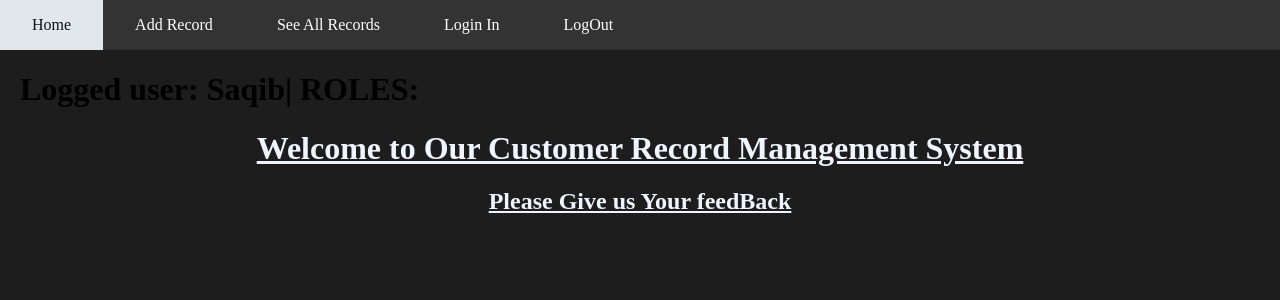
Repository: MUHAMMAD-SAQIB-2000/SpringBoot
Page: WebServiceRecordManagementSystem/src/main/webapp/home.html
An editor plug-in stored every save of this project. The page is shown before and after the next save, followed by the edit.
The browser window is 1280 px wide. The pictures show the whole page.

Above is the page before, as saved 2020-08-16 06:37:24.

### WebServiceRecordManagementSystem/src/main/webapp/home.html
<!DOCTYPE html>
<html xmlns:th="hhtp://www.thymeleaf.org"
	xmlns:sec="http://www.thymeleaf.org/thymeleaf-extras-springsecurity3">
<head>
<meta charset="ISO-8859-1">
<title>Record Management System</title>
<link rel="stylesheet" href="style.css">
</head>
<body>

	<div>
		<ul>
			<li><a class="active"
				onclick="window.location.href = '/home'">Home</a></li>
			<li><a
				onclick="window.location.href = '/addCustomerForm'">Add
					Record</a></li>
			<li><a
				onclick="window.location.href = '/displayAllCustomers'">See
					All Records</a></li>
			<li th:framgment="logout" sec:autorize="isAuthenticated()"><a
				onclick="window.location.href = '/login'">Login
					In</a></li>
			<li><a
				onclick="window.location.href = '/logout-success'">LogOut</a></li>
		</ul>
	</div>

	<div class="mainBody">
		<div sec:autorize="isAuthenticated()">
			<h1>Logged user: <span sec:authentication="name">Saqib</span>|
			ROLES:<span sec:authentication="principal.authoroties"></span>
			</h1>

		</div>

		<h1 class="h">Welcome to Our Customer Record Management System</h1>
		<!--
		<h2>OOP CS-103 FINAL PROJECT</h2>
		<h2><b>Submitted to:</b> Dr.Nouman Riaz </h2>
		<br><br>
		<h3>Submitted By </h3>
		<h4>Roll Numbers &nbsp;&nbsp;&nbsp;&nbsp;&nbsp;&nbsp;&nbsp; Names</h4>
		<h5>19011519-027 &nbsp;&nbsp;&nbsp;&nbsp;&nbsp;&nbsp;&nbsp; Muhammad Saqib</h5>
		<h5>19011519-015 &nbsp;&nbsp;&nbsp;&nbsp;&nbsp;&nbsp;&nbsp; Zunair Ahmad</h5>
		<h5>19011519-024 &nbsp;&nbsp;&nbsp;&nbsp;&nbsp;&nbsp;&nbsp; Sidra Naseem</h5>
		<h5>19011519-037 &nbsp;&nbsp;&nbsp;&nbsp;&nbsp;&nbsp;&nbsp; Arooj Saghar</h5>
		<h5>19011519-131 &nbsp;&nbsp;&nbsp;&nbsp;&nbsp;&nbsp;&nbsp; Syeda Umme Pakiza Imran</h5>
		<h5>18321519-010 &nbsp;&nbsp;&nbsp;&nbsp;&nbsp;&nbsp;&nbsp; Afia Habib</h5>
		<h5><b> Section</b> CS-II-19-A</h5>

		-->
		<h2 class="h">Please Give us Your feedBack</h2>
	</div>
</body>
</html>

### WebServiceRecordManagementSystem/src/main/webapp/style.css
@charset "ISO-8859-1";

body {
	margin: 0px;
	padding: 0px;
	background-color:#1d1d1d;
}

ul {
	list-style-type: none;
	margin: 0;
	padding: 0;
	overflow: hidden;
	background-color: #333;
	position: fixed;
	top: 0;
	width: 100%;
}

li {
	float: left;
}

li a {
	display: block;
	color: white;
	text-align: center;
	padding: 16px 32px;
	text-decoration: none;
	font-size:16px;
}

li a:hover {
	background-color: #E1E8ED;
	color:#111;
}

.active {
	background-color:#008CBA;
	color:#fff;
	transition-duration: 0.4s;
	cursor: pointer;
}
.mainBody{
	padding: 20px 20px;
	margin-top:30px;
}

.h {
	color: #eff4ff;
	text-align: center;
	text-decoration: underline;
}
h2,h3,h4,h5{
	color: #E1E8ED;
}
table, th, td {
	background-color: #E1E8ED;
	color: #111;
	text-align: center;
	border: 2px solid #008CBA;
	margin: 10px;
	padding: 5px;
}

th:hover, td:hover {
	border: 2px solid #111;
	background-color: #008CBA;
	color: white;
	transition-duration: 0.4s;
	cursor: pointer;
}

.tableCSS {
	background-color: #E1E8ED;
	color: #111;
	margin-top:5%;
	margin-left:20%;
}

.button {
	border: none;
	color: white;
	padding: 8px 24px;
	text-align: center;
	text-decoration: none;
	display: inline-block;
	font-size: 12px;
	margin: 4px 2px;
	transition-duration: 0.4s;
	cursor: pointer;
}

.button2 {
	background-color: #E1E8ED;
	color: black;
	border: 2px solid #008CBA;
}

.button2:hover {
	background-color: #008CBA;
	color: white;
}

.form {
	text-align: left;
	margin-left: 50px;
}

form {
	width: 100%;
	padding: 12px 20px;
	margin: 8px 0;
	box-sizing: border-box;
}

.title {
	font-size: 25px;
	color: #eff4ff;
}
.para{
	font-size: 14px;
	color: #eff4ff;
}
select {
  width: 20%;
  padding: 12px 16px;
  border: none;
  border-radius: 4px;
  background-color: #f1f1f1;
}
.inputForm {
	width: 30%;
	padding: 10px 18px;
	margin: 6px 0;
	box-sizing: border-box;
	background-color: #F7F7F7;
	color: #111;
	border: 2px solid #00aba9;
  	border-radius: 4px;
}
.inputForm:focus {
  border: 3px solid #555;
}
radiobutton {
	size: 10px;
}

option:hover {
	background-color: #008CBA;
	color: white;
}

a {
	text-decoration: none;
	color: #111;
}

a:hover {
	color: #fff;
	font-size: 16px;
}
.foter{
	background-color: #111;
	color:#fff;
	font-size:20px;
}
.loginButton{
	width: 30%;
	padding: 10px 18px;
	margin: 6px 0;
	box-sizing: border-box;
}

After the next save:
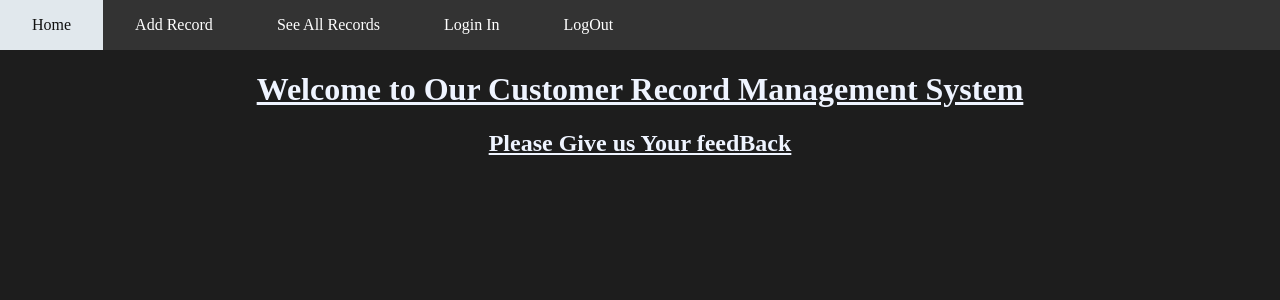
Saved 5 min 38 s later.
--- a/WebServiceRecordManagementSystem/src/main/webapp/home.html
+++ b/WebServiceRecordManagementSystem/src/main/webapp/home.html
@@ -18,7 +18,7 @@
 			<li><a
 				onclick="window.location.href = '/displayAllCustomers'">See
 					All Records</a></li>
-			<li th:framgment="logout" sec:autorize="isAuthenticated()"><a
+			<li><a
 				onclick="window.location.href = '/login'">Login
 					In</a></li>
 			<li><a
@@ -27,13 +27,6 @@
 	</div>
 
 	<div class="mainBody">
-		<div sec:autorize="isAuthenticated()">
-			<h1>Logged user: <span sec:authentication="name">Saqib</span>|
-			ROLES:<span sec:authentication="principal.authoroties"></span>
-			</h1>
-
-		</div>
-
 		<h1 class="h">Welcome to Our Customer Record Management System</h1>
 		<!--
 		<h2>OOP CS-103 FINAL PROJECT</h2>
